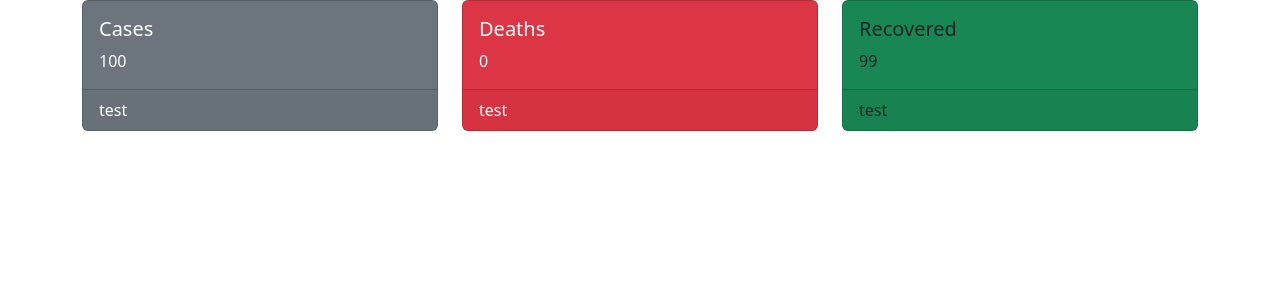
Repository: azizdeghais/CovidTracker
Page: /
An editor plug-in stored every save of this project. The page is shown before and after the next save, followed by the edit.
The browser window is 1280 px wide. The pictures show the whole page.
The project was rebuilt for these pictures with package versions that can differ from the ones it lists, and the page was loaded fresh each time. Also part of the build but not shown: vite.config.js.

Above is the page before, as saved 2023-03-09 15:50:24.

### src/main.jsx
import React from 'react'
import ReactDOM from 'react-dom/client'
import App from './App'
import 'bootstrap/dist/css/bootstrap.min.css';


ReactDOM.createRoot(document.getElementById('root')).render(
  <React.StrictMode>
    <App />
  </React.StrictMode>,
)

### src/App.jsx
import React, { useEffect } from 'react'
import axios from 'axios'
import Container from 'react-bootstrap/Container';
import Row from 'react-bootstrap/Row';
import Col from 'react-bootstrap/Col';
import Card from 'react-bootstrap/Card';



function App() {




  return (
    <Container>
      <Row >
        <Col>
          <Card bg='secondary' text='white' >
            <Card.Body>
              <Card.Title>Cases</Card.Title>
              <Card.Text>
                100
              </Card.Text>
            </Card.Body>
            <Card.Footer>
              test
            </Card.Footer>
          </Card>
        </Col>
        <Col>
          <Card bg='danger' text='white' >
            <Card.Body>
              <Card.Title>Deaths</Card.Title>
              <Card.Text>
                0
              </Card.Text>
            </Card.Body>
            <Card.Footer>
              test
            </Card.Footer>
          </Card>
        </Col>
        <Col>
          <Card bg='success' >
            <Card.Body>
              <Card.Title>Recovered</Card.Title>
              <Card.Text>
               99
              </Card.Text>
            </Card.Body>
            <Card.Footer>
              test
            </Card.Footer>
          </Card>
        </Col>
      </Row>
    </Container>
  )
}

export default App

Loaded but not shown: index.html (common file)

After the next save:
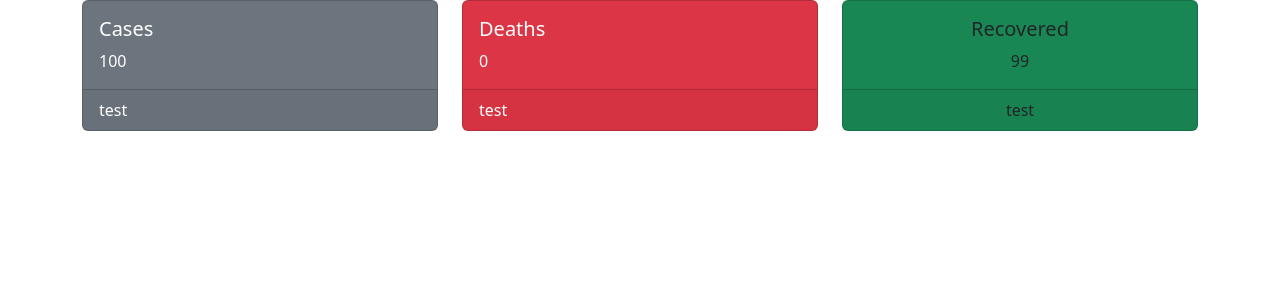
Saved 33 s later.
--- a/src/App.jsx
+++ b/src/App.jsx
@@ -42,7 +42,7 @@ function App() {
           </Card>
         </Col>
         <Col>
-          <Card bg='success' >
+          <Card className='text-center' bg='success' >
             <Card.Body>
               <Card.Title>Recovered</Card.Title>
               <Card.Text>
